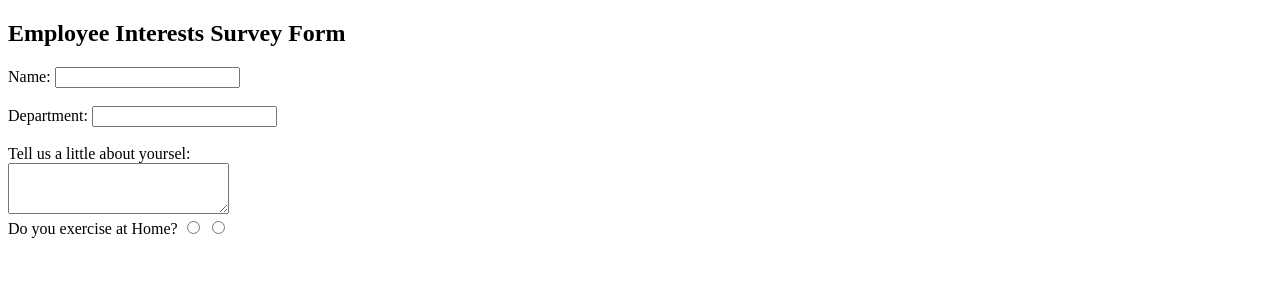
Repository: JoaoLemesDEV/Exercise-Survey-Form
Page: index.html
These files come from the project's save history. The page is drawn as it stood at one moment and after a run of saves; the edit follows.
The browser window is 1280 px wide. The pictures show the whole page.

Above is the page before, as saved 2021-10-10 18:25:14.

### index.html
<!DOCTYPE html>
<html lang="en">
<head>
  <meta charset="UTF-8">
  <meta http-equiv="X-UA-Compatible" content="IE=edge">
  <meta name="viewport" content="width=device-width, initial-scale=1.0">
  <title>Survey Form</title>
</head>
<body>
  <h2>Employee Interests Survey Form</h2>
  <label for="name">Name: </label>
  <input type="text" name="name" id=""><br><br>
  <label for="dep">Department:</label>
  <input type="text" name="dep" id=""><br><br>
  <label for="comment">Tell us a little about yoursel:</label><br>
  <textarea name="comment" id="comment" cols="25" rows="3"></textarea><br>
  <label for="question01">Do you exercise at Home?</label>

  <input type="radio" name="question01" id="question01">
    <input type="radio" name="" id="">



</body>
</html>

After the next 7 saves:
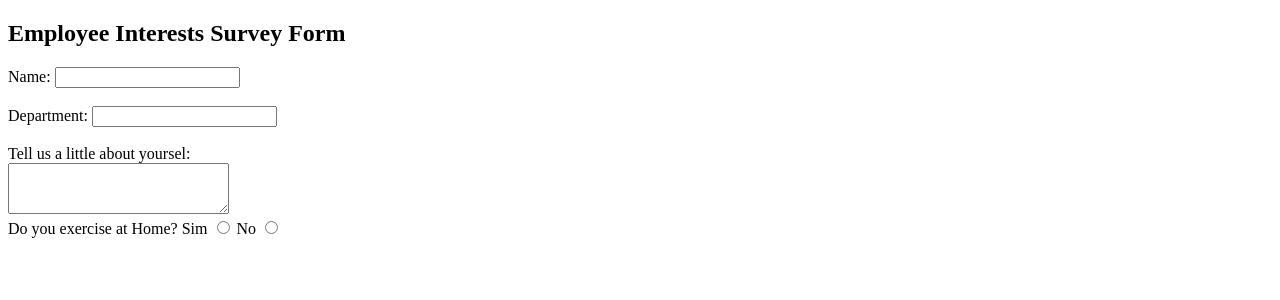
The 7 saves are shown as one change because they came seconds apart.
The last was saved 19 s later.
--- a/index.html
+++ b/index.html
@@ -15,9 +15,10 @@
   <label for="comment">Tell us a little about yoursel:</label><br>
   <textarea name="comment" id="comment" cols="25" rows="3"></textarea><br>
   <label for="question01">Do you exercise at Home?</label>
-
-  <input type="radio" name="question01" id="question01">
-    <input type="radio" name="" id="">
+    <label for="">Sim</label>
+      <input type="radio" name="question01" id="question01">
+    <label for="">No</label>
+      <input type="radio" name="" id="">
 
 
 
